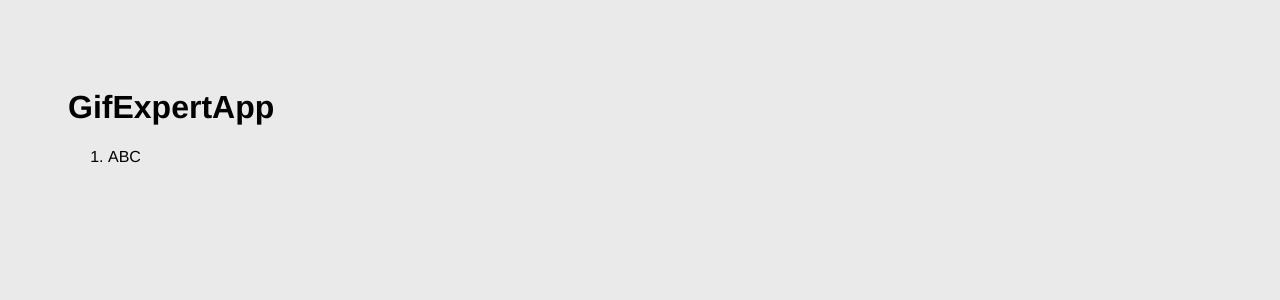
Repository: bryanesteban/gif-expert-app
Page: /
The author's editor kept a copy of each file at every save. The page is drawn from the files as they stood at one save, then again after the next save.
The browser window is 1280 px wide. The pictures show the whole page.
The project was rebuilt for these pictures with package versions that can differ from the ones it lists, and the page was loaded fresh each time. Also part of the build but not shown: vite.config.js.

Above is the page before, as saved 2024-06-11 21:28:08.

After the next save:
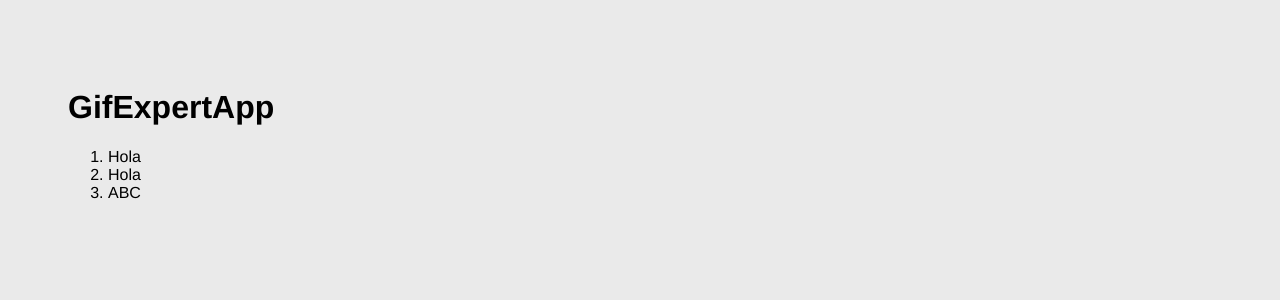
Saved 73 s later.
--- a/src/GifExpertApp.jsx
+++ b/src/GifExpertApp.jsx
@@ -17,7 +17,9 @@ export const GifExpertApp = () => {
     {/*Input */}
     {/*Listado de gif */}
     <ol>
-        { categories.map }
+        { categories.map( category => {
+                return <li>Hola </li>
+        }) }
         <li>ABC</li>
 
     </ol>
